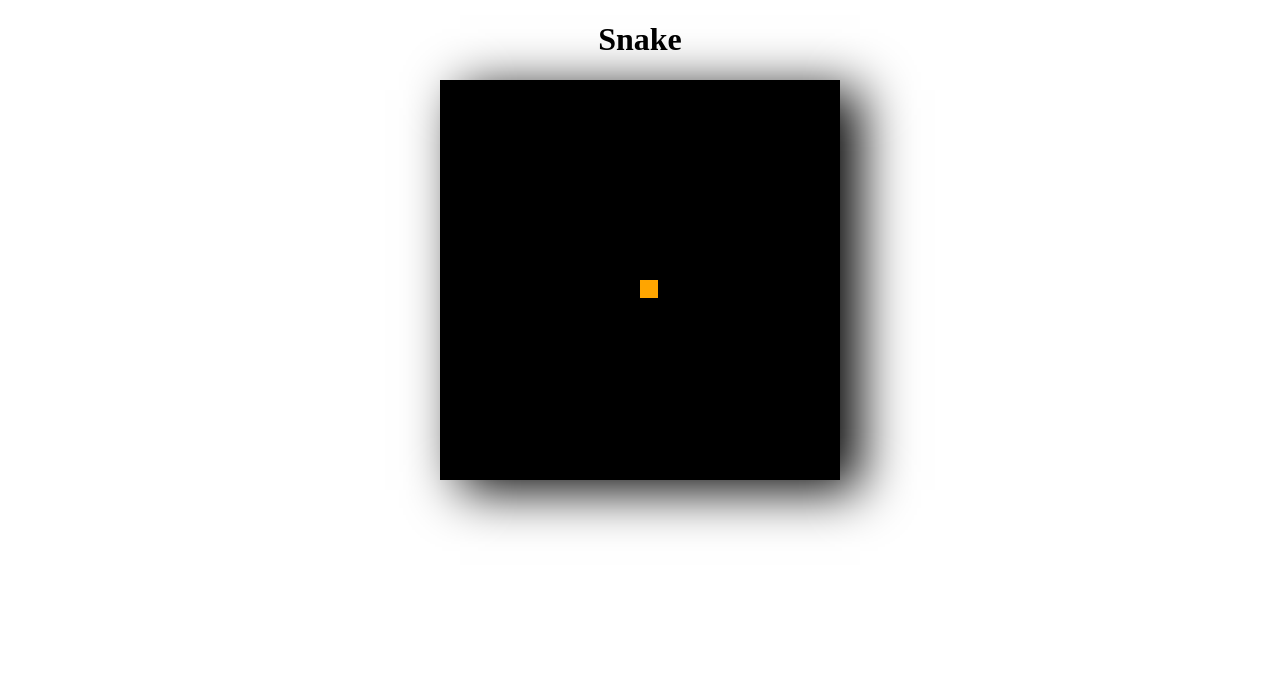
Repository: Ellisvelandia/snake
Page: index.html
The author's editor kept a copy of each file at every save. The page is drawn from the files as they stood at one save, then again after the next save.
The browser window is 1280 px wide. The pictures show the whole page.

Above is the page before, as saved 2022-08-26 23:21:06.

After the next save:
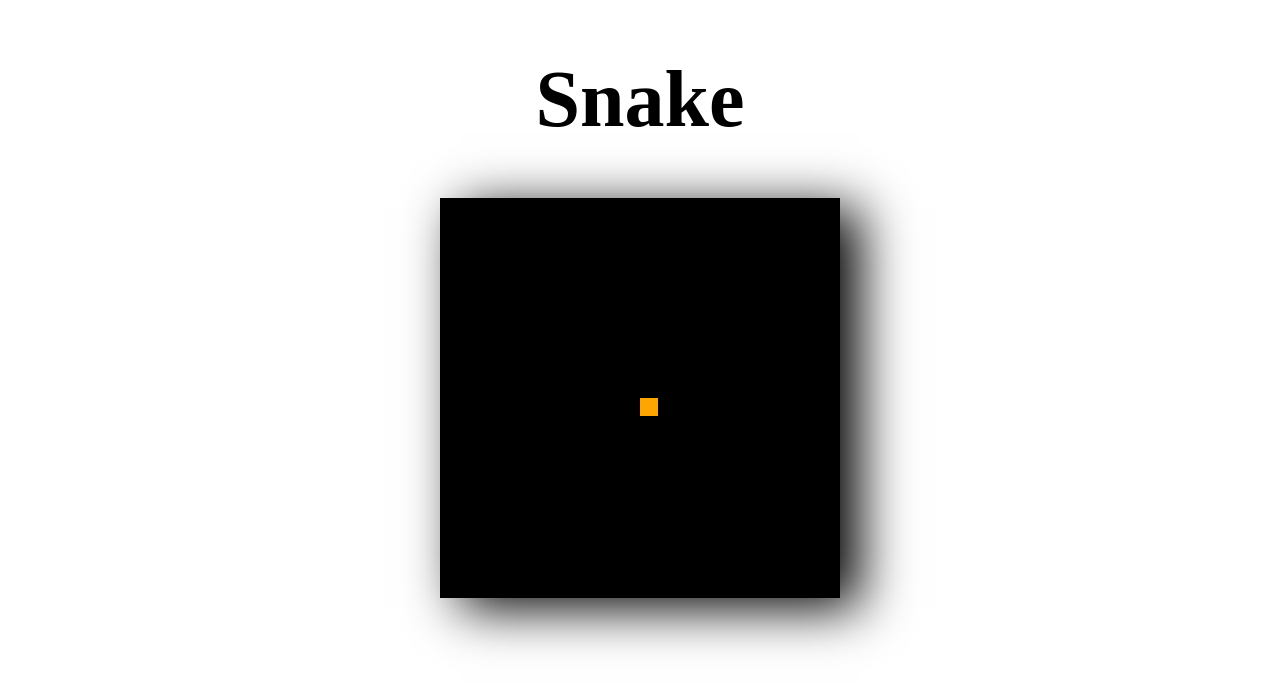
Saved 4 s later.
--- a/style.css
+++ b/style.css
@@ -9,7 +9,7 @@ body {
 }
 
 h1 {
-  font
+  font-size: 5rem;
 }
 canvas {
   box-shadow: #000 20px 10px 50px;
